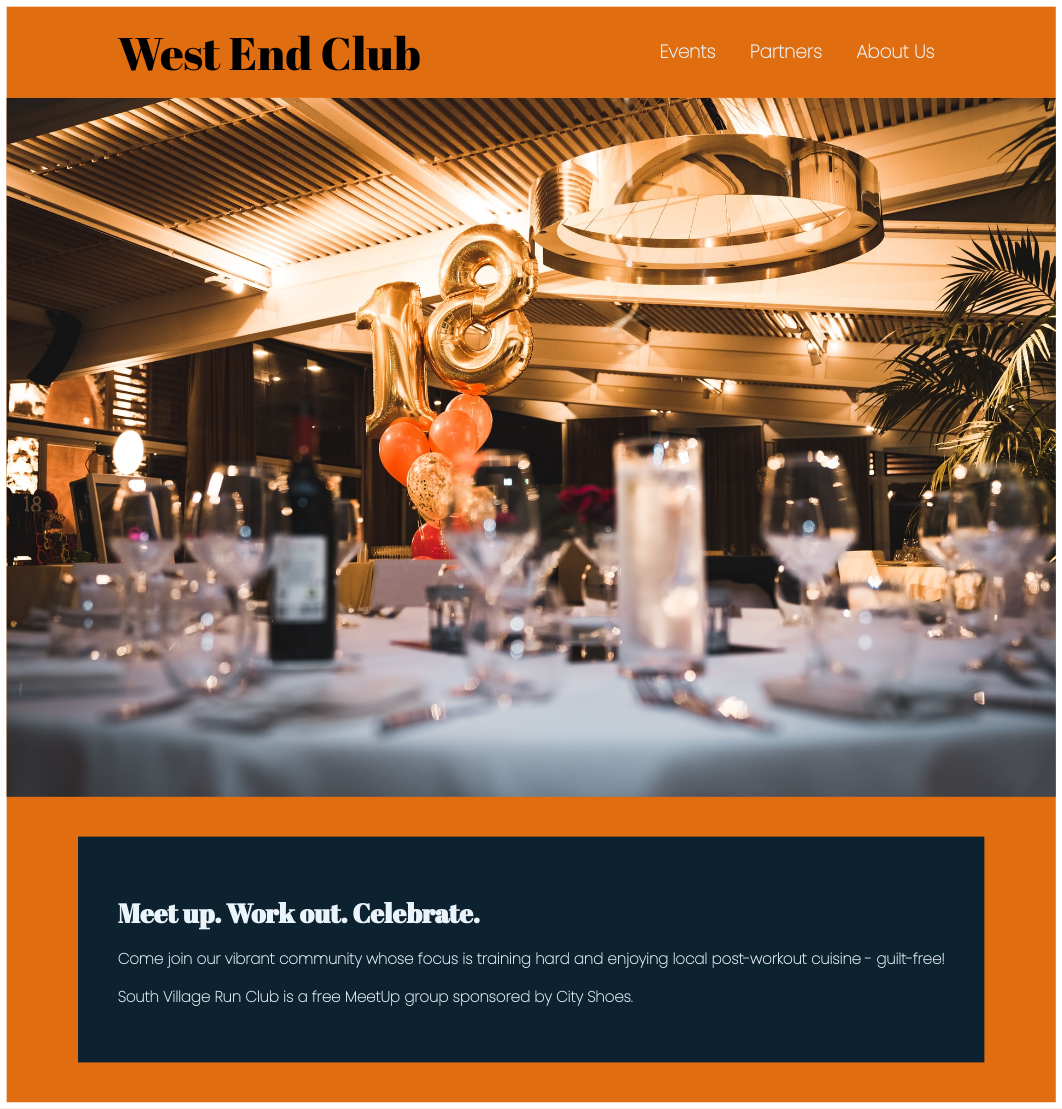
Repository: lastbronx41/lastbronx41.github.io
Page: starting/index.html
The author's editor kept a copy of each file at every save. The page is drawn from the files as they stood at one save, then again after the next save.
The browser window is 1280 px wide. The pictures show the whole page, at 83% of full size.
Some web fonts or font styles are not loaded; a fallback is used.

Above is the page before, as saved 2022-07-19 04:40:59.

### starting/index.html
<!DOCTYPE html>

<html>
   <head>
      <meta charset="utf-8">
      <title>Our Club</title>
      <link rel="stylesheet" href="./styles.css" type="text/css">
      <link rel="preconnect" href="https://fonts.googleapis.com">
      <link rel="preconnect" href="https://fonts.gstatic.com" crossorigin>
      <link href="https://fonts.googleapis.com/css2?family=Abril+Fatface&family=Slabo+13px&family=Space+Mono&display=swap" rel="stylesheet">
      <link rel="preconnect" href="https://fonts.googleapis.com">
      <link rel="preconnect" href="https://fonts.gstatic.com" crossorigin>
      <link href="https://fonts.googleapis.com/css2?family=Abril+Fatface&family=Poppins:wght@100&family=Slabo+13px&family=Space+Mono&display=swap" rel="stylesheet">
   </head>

   <body>

      <div class="header">
         <div id="title">West End Club</div>
         <div>
            <ul class="links">
               <a href>
                  <li class="nav">Events</li>
               </a>
               <a href>
                  <li class="nav">Partners</li>
               </a>
               <a href>
                  <li class="nav">About Us</li>
               </a>
            </ul>
         </div>
      </div>

      <div id="cover-photo">
         <img src="./resources/cover-photo.jpg"/>
         <div class="main-text">
            <h1>Meet up. Work out. Celebrate.</h1>
               <p>Come join our vibrant community whose focus is training hard and enjoying local post-workout cuisine - guilt-free!</p>

               <p>South Village Run Club is a free MeetUp group sponsored by City Shoes.
               </p>

         </div>
      </div>



   </body>
</html>

### starting/styles.css
.header {
   display: flex;
   justify-content: space-around;
   background-color: #E06D10;
   align-items: center;
   padding: 1rem
}

#title {
   font-size: 55px;
   font-family: 'Abril Fatface', cursive;
}

.links, .links a {
   display: inline-flex;
   flex-wrap: wrap;
   justify-content: flex-end;
   list-style-type: none;
   gap: 1rem;
   text-decoration-line: none;
}

.nav {
   font-size: 22px;
   font-family: 'Poppins', sans-serif;
   font-weight: bolder;
   border-radius: 34%;
   padding: 0.4rem 0.8rem;
   color: #EBF4FA;
}

.nav:hover {
   color: #E06D10;
   background-color: black;
}

#cover-photo {
   display: flex;
   flex-direction: column;
   background-color: #E06D10;
}

#cover-photo img {
   max-width: 100%;
}
.main-text {
   background-color: #0C2231;
   color: #EBF4FA;
   margin: 3rem auto;
   padding: 3rem ;
}

.main-text h1 {
   font-family: 'Abril Fatface', cursive;
}

.main-text p {
   font-family: 'Poppins', sans-serif;
   font-size: 18px;
   font-weight: bolder;
}

After the next save:
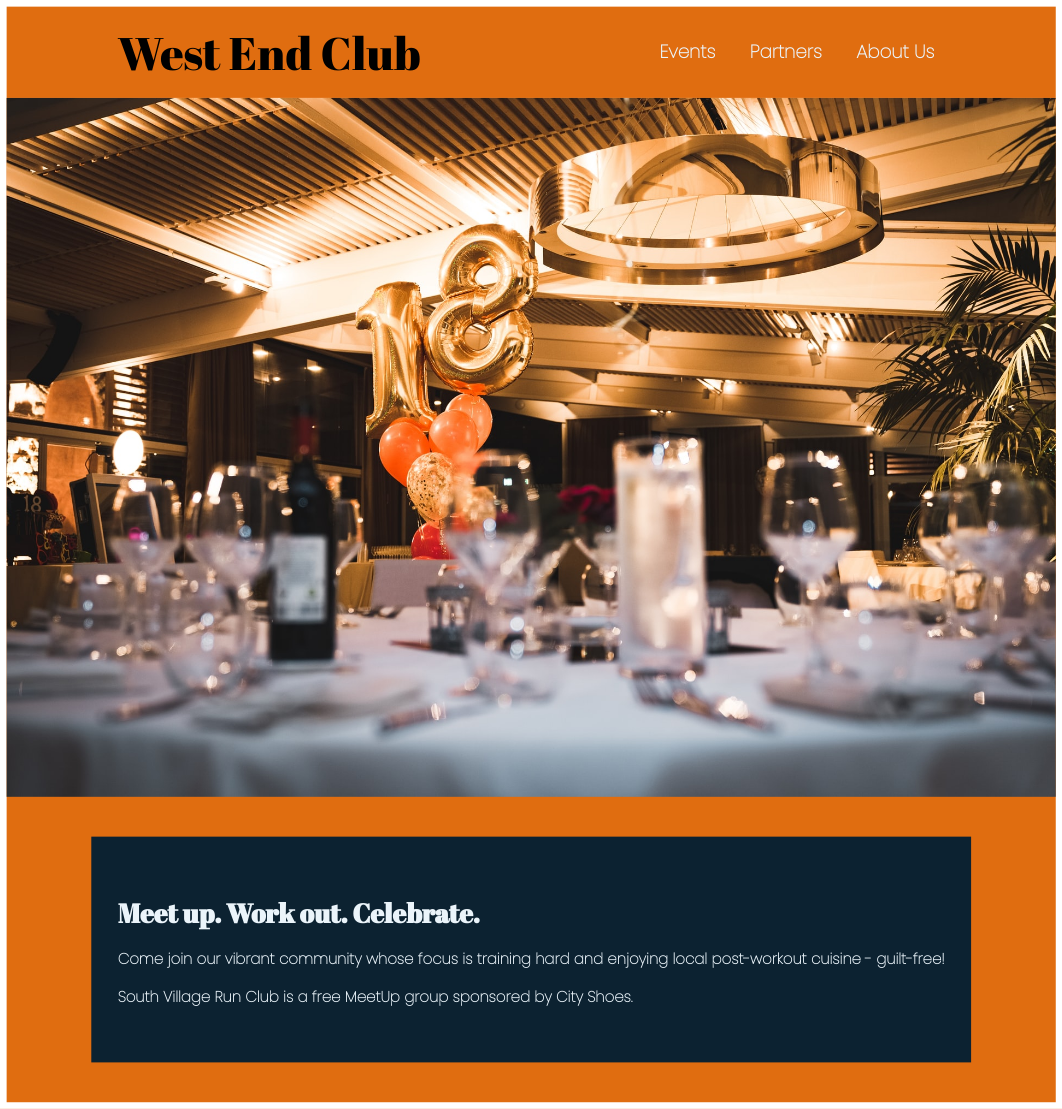
Saved 4 s later.
--- a/starting/styles.css
+++ b/starting/styles.css
@@ -47,7 +47,7 @@
    background-color: #0C2231;
    color: #EBF4FA;
    margin: 3rem auto;
-   padding: 3rem ;
+   padding: 3rem 2rem;
 }
 
 .main-text h1 {

After the save that followed:
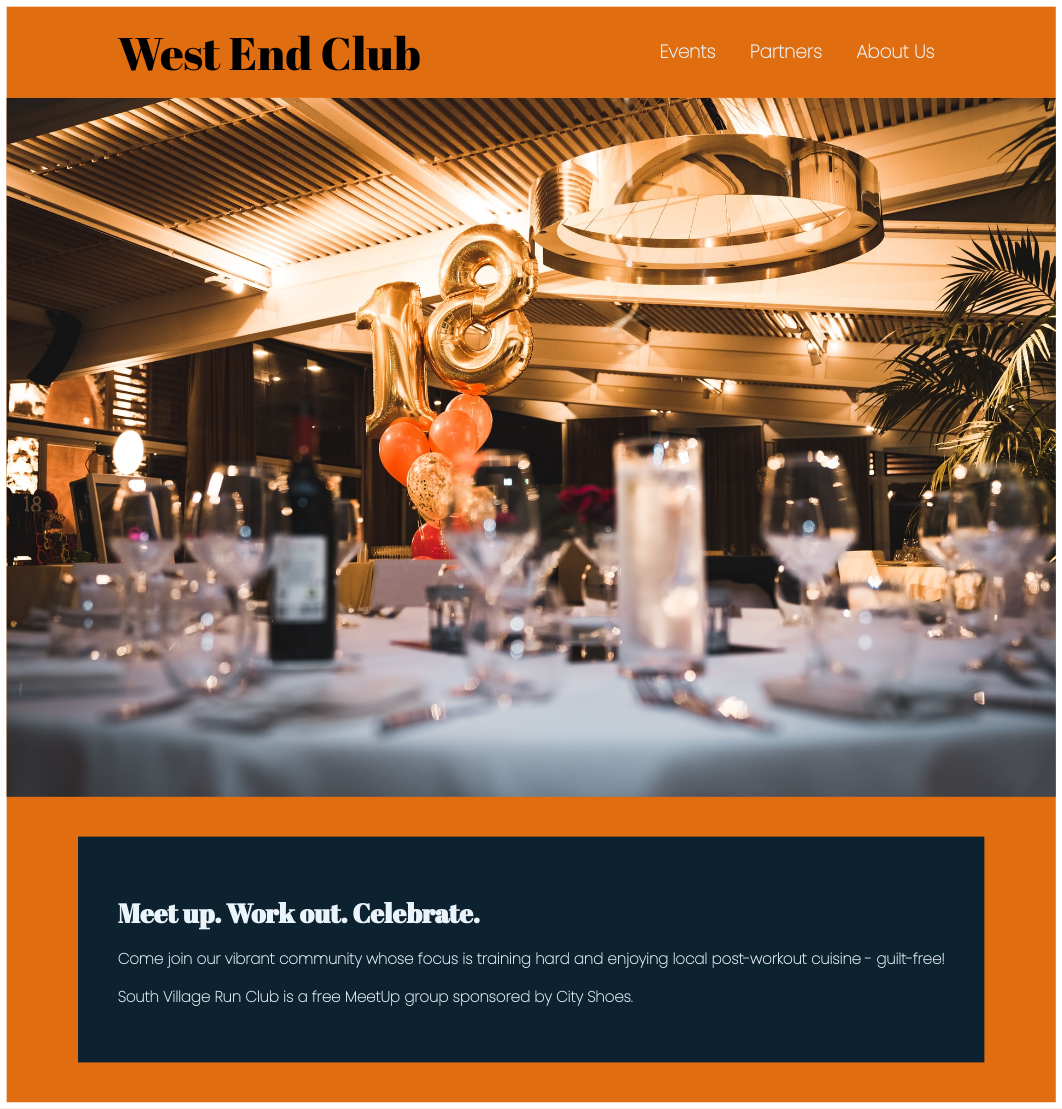
Saved 17 s later.
--- a/starting/styles.css
+++ b/starting/styles.css
@@ -47,7 +47,7 @@
    background-color: #0C2231;
    color: #EBF4FA;
    margin: 3rem auto;
-   padding: 3rem 2rem;
+   padding: 3rem;
 }
 
 .main-text h1 {
